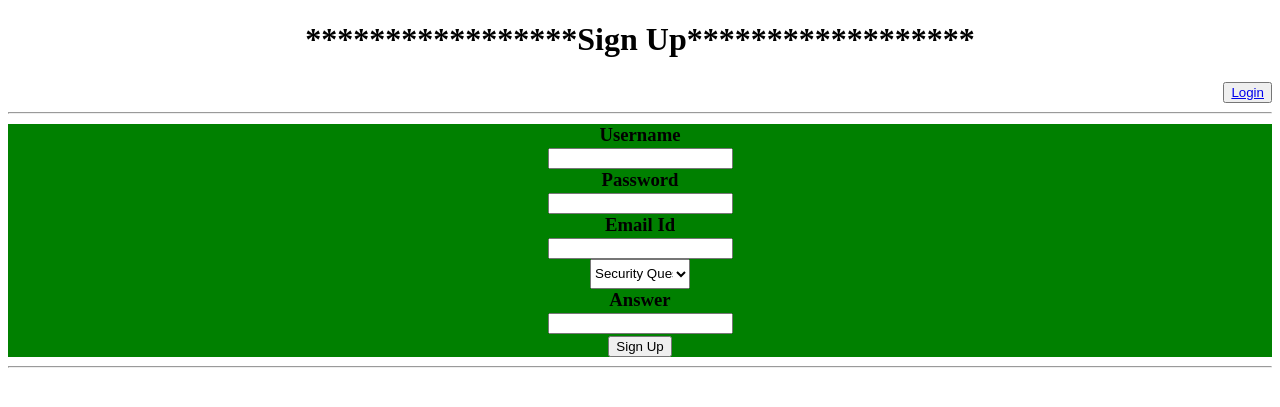
Repository: ShikhaRawat6/mail_simulation
Page: http://localhost/Mail_Simulation/WEB-INF/view/registration.jsp
These files come from the project's save history. The page is drawn as it stood at one moment and after the next save; the edit follows.
The browser window is 1280 px wide. The pictures show the whole page.
The page is served by Tomcat 9. Nobody is signed in. Other server files are loaded and not shown. The template is opened directly, without the code that normally fills it, so the values that code supplies are empty.

Above is the page before, as saved 2020-01-30 14:22:26.

### Mail_Simulation/WebContent/WEB-INF/view/registration.jsp
<%@ page language="java" contentType="text/html; charset=ISO-8859-1"
    pageEncoding="ISO-8859-1"%>
    <%@ taglib uri="http://java.sun.com/jsp/jstl/core" prefix="c"%>
<!DOCTYPE html>
<html>
<head>
<meta charset="ISO-8859-1">
<title>Insert title here</title>
</head>
<body>
<h1 align="center">*****************Sign Up******************</h1>
<h1 align="center" ><label  style="background-color: red";>${msg }</label></h1>
<h3 align="right"><button><a href="login">Login</a></button>
<hr>
	<form action="regmail" align="center" method="post">

			<div style="background-color: green";>	<label for="username" >

				Username</label> <br> <input type="text"name="username" id="username" required="required">

			</div>

			<div style="background-color: green";><label for="password">

					Password</label> <br><input type="password" name="password" id="password" required="required">
			</div>


			<div style="background-color: green";><label for="name">

				Email Id</label> <br> <input type="email" name="email" id="email" required="required"><br>
			</div>

			<!-- <div style="background-color: green";><label for="scrqn">

				 </label> <br> <input type="text" name="scrqn" id="scrqn" required="required">
			</div> -->
			<div style="background-color: green";>
			<select name='scrqn' id='scrqn' required="required" style="width: 100px; height: 30px">
			<option value='' selected disabled style="background-color: green";>Security Question</option>
			<option value="1">What's your pet name?</option>
			<option value="2">Who's your favourite actor?</option>
			<option value="2">Who's your favourite food?</option>
			</select>
			</div>

			<div style="background-color: green";><label for="scrans">

				Answer</label> <br> <input type="text" name="scrans" id="scrans" required="required">
			</div>

			<div style="background-color: green">
				<button  type="submit">Sign Up</button>
			</div>
		</form>
<hr>

</body>
</html>

After the next save:
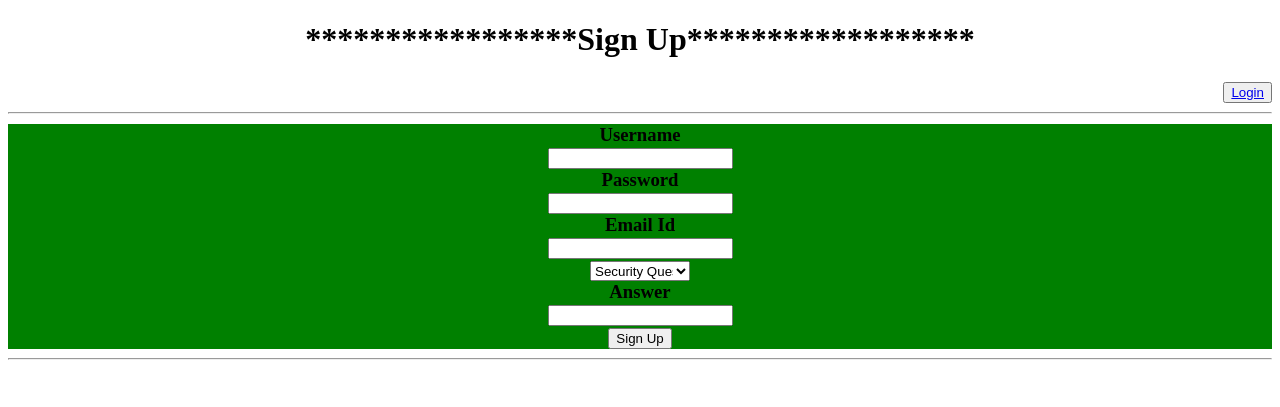
Saved 7 s later.
--- a/Mail_Simulation/WebContent/WEB-INF/view/registration.jsp
+++ b/Mail_Simulation/WebContent/WEB-INF/view/registration.jsp
@@ -36,7 +36,7 @@
 				 </label> <br> <input type="text" name="scrqn" id="scrqn" required="required">
 			</div> -->
 			<div style="background-color: green";>
-			<select name='scrqn' id='scrqn' required="required" style="width: 100px; height: 30px">
+			<select name='scrqn' id='scrqn' required="required" style="width: 100px; height: 20px">
 			<option value='' selected disabled style="background-color: green";>Security Question</option>
 			<option value="1">What's your pet name?</option>
 			<option value="2">Who's your favourite actor?</option>
